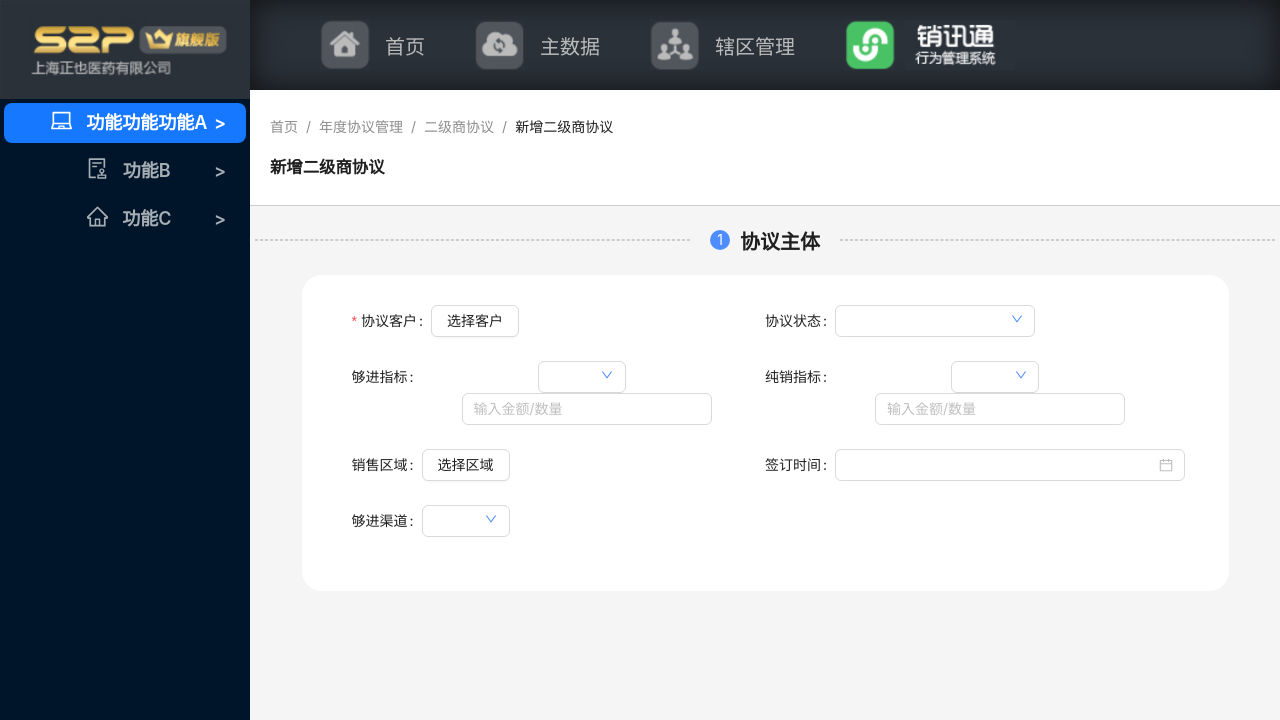
Repository: XiChips/questionB
Page: /
The author's editor kept a copy of each file at every save. The page is drawn from the files as they stood at one save, then again after a run of saves.
The browser window is 1280 px wide. The pictures show the whole page.
The project was rebuilt for these pictures with package versions that can differ from the ones it lists, and the page was loaded fresh each time. Also part of the build but not shown: vue.config.js.

Above is the page before, as saved 2024-02-28 13:25:45.

### src/main.js
import { createApp } from 'vue'
import App from './App.vue'
import router from './router'
import store from './store'
import { setupAntd } from './ant-design-vue/index'
import { message } from "ant-design-vue";
import './assets/css/index.css'
// import axios from "axios";
// moment.locale('zh-cn')
const app = createApp(App)
setupAntd(app)
// app.use(Button).use(Layout)
app.use(store).use(router).mount('#app')



// app.config.globalProperties.$axios = axios
app.config.globalProperties.$message = message

### src/router/index.js
import { createRouter, createWebHashHistory } from 'vue-router'

const routes = [
  {
    path: '/',
    name: 'home',
    component: () => import('../views/home.vue')
  },
  {
    path: '/about',
    name: 'about',

    component: () => import('../views/AboutView.vue')
  }
]

const router = createRouter({
  history: createWebHashHistory(),
  routes
})

export default router

### src/ant-design-vue/index.js
import { Button, Layout, Image, Form, Checkbox,Radio, Input, Popover, Menu, Drawer, Breadcrumb, Typography, message, Divider, Table, DatePicker, Popconfirm, Space, InputNumber, Select, PageHeader, Steps, Statistic, Transfer, Upload, Switch, Modal, Tabs } from 'ant-design-vue';

// import 'ant-design-vue/dist/antd.min.css'

const components = [
    Button,
    Layout,
    Form,
    Input,
    Menu,
    Breadcrumb,
    Table,
    Popconfirm,
    Select,
    PageHeader,
    Steps,
    Transfer,
    Upload,
    Switch,
    Modal,
    Tabs,
    Statistic,
    InputNumber,
    Space,
    DatePicker,
    Divider,
    Image,
    Typography,
    Drawer,
    Popover,
    Radio,
    Checkbox
]

export function setupAntd(app) {
    components.forEach(component => {
        app.use(component)
    })
    app.config.globalProperties.$message = message
}

### src/assets/css/index.css
body {
    margin: 0;
}

.logo img {
    width: 100%;
}

:where(.css-dev-only-do-not-override-1hsjdkk).ant-menu-dark {
    background-color: rgb(42, 49, 57);
}

.ant-menu .anticon {
    margin-right: 10px;
    font-size   : 18px;
}


.ant-upload-select-picture-card i {
    font-size: 32px;
    color    : #999;
}

.ant-upload-select-picture-card .ant-upload-text {
    margin-top: 8px;
    color     : #666;
}

.ant-upload-list-picture-card .ant-upload-list-item:hover .ant-upload-list-item-info:before {
    left: 0;
}

.ant-page-header {
    background: #fff;
}

.ant-page-header.has-breadcrumb {
    padding: 5px 24px;
}

.ant-menu {
    font-size  : 18px;
    font-weight: 600;
}

.ant-tabs-tab span {
    color      : #000;
    font-weight: bold;
    display    : inline-block;
}


.ant-upload-list-picture-card .ant-upload-list-item-info:before {
    left: 0
}

hr {
    width       : 90%;
    margin      : 0 auto;
    border-color: #99999910;
}

.title {
    background-color: rgb(42, 49, 57);
    display         : flex;
    height          : fit-content;
    padding         : 20px 70px;
    color           : rgb(187, 187, 187);
    box-shadow      : inset 0px 0 30px #111;
}

.title>div {
    margin-right: 50px;
    font-size   : 20px;
}

.title img {
    width         : 50px;
    height        : 50px;
    margin-right  : 15px;
    vertical-align: middle;
}

.title span {
    display         : inline-block;
    vertical-align  : middle;
    /* margin-bottom: 5px; */
}

:where(.css-dev-only-do-not-override-1hsjdkk).ant-menu-inline.ant-menu-root .ant-menu-item>.ant-menu-title-content,
:where(.css-dev-only-do-not-override-1hsjdkk).ant-menu-inline.ant-menu-root .ant-menu-submenu-title>.ant-menu-title-content {
    flex: none;
}

.ant-menu .anticon svg {
    width : 1.5em;
    height: 1.5em;
}

.title2 {
    display        : flex;
    justify-content: space-between;
    align-items    : center;
}

.title2>div {
    width: 300px;
}

.title2 hr {
    height: 1px;
    border: 1px dashed #ccc;
    margin: 0 5px;
}

.title2 span {
    display         : inline-block;
    width           : 20px;
    height          : 20px;
    line-height     : 20px;
    background-color: rgb(79, 140, 255);
    color           : #fff;
    border-radius   : 50%;
    margin-right    : 10px;
    vertical-align  : middle;
}


.title2 p {
    display       : inline-block;
    font-size     : 20px;
    vertical-align: middle;
    font-weight   : bold;
}

.area {
    background-color: #fff;
    border-radius   : 20px;
    width           : 90%;
    margin          : 0 auto;
    padding         : 30px 50px;
}

.line2 {
    display        : flex;
    justify-content: space-between;
}

.line2>div {
    width: 50%;
}

.area .ant-form-item-control-input {
    width: 25vw;
}

.ant-form-item-control-input-content {
    flex: none !important;
}

:where(.css-dev-only-do-not-override-1hsjdkk).ant-form-item .ant-form-item-label {
    /* position: relative; */
    overflow: visible;
}

:where(.css-dev-only-do-not-override-1hsjdkk).ant-form-item .ant-form-item-label>label.ant-form-item-required:not(.ant-form-item-required-mark-optional)::before {
    position: absolute;
    left    : -12px;
    top     : 7px
}

:where(.css-dev-only-do-not-override-1hsjdkk).ant-select .ant-select-arrow .anticon>svg{
    vertical-align: middle;
}

### src/views/home.vue
<template>
  <a-layout>
    <a-layout>
      <a-layout-sider width="250">
        <a-menu theme="dark" v-model:selectedKeys="selectedKeys" v-model:openKeys="openKeys" mode="inline" :style="{ height: '100%', borderRight: 0 }">
          <div class="logo">
            <img src="../assets/images/logo.png" alt="">
          </div>
          <!-- <hr /> -->

          <div v-for="(item, i) in links" style="display: flex;justify-content: space-between;">
            <a-menu-item v-if="item.children == undefined" :key="`item${i}_0`" @click="changeTab(item.name)">
              <LaptopOutlined v-if="item.name == '功能功能功能A'" />
              <AuditOutlined v-if="item.name == '功能B'" />
              <HomeOutlined v-if="item.name == '功能C'" />
              {{ item.name }}
              <span style="position: absolute;right: 20px;">{{ ">" }}</span>
            </a-menu-item>

          </div>
        </a-menu>
      </a-layout-sider>
      <a-layout style="padding: 0px 0px 24px" theme="dark">
        <a-layout-content :style="{ background: 'rgb(245,245,245)', padding: '0px', margin: 0, minHeight: '280px', }">

          <div class="title">
            <div><img src="../assets/images/icon1.png" alt=""><span>首页</span></div>
            <div><img src="../assets/images/icon2.png" alt=""><span>主数据</span></div>
            <div><img src="../assets/images/icon3.png" alt=""><span>辖区管理</span></div>
            <div><img src="../assets/images/icon4.png" alt=""><img src="../assets/images/text.png" style="width: auto;margin-left: -5px;" alt=""></div>
          </div>
          <div style="padding: 10px 20px;background-color: rgb(255,255,255);border-bottom: 1px solid #ccc;">
            <a-breadcrumb :style="{ margin: '36px 20px' }">
              <a-breadcrumb-item>首页</a-breadcrumb-item>
              <a-breadcrumb-item>年度协议管理</a-breadcrumb-item>
              <a-breadcrumb-item>二级商协议</a-breadcrumb-item>
              <a-breadcrumb-item>新增二级商协议</a-breadcrumb-item>
            </a-breadcrumb>
            <h3 style="text-align: left;">
              新增二级商协议
            </h3>
          </div>
          <div class="content">
            <div class="title2">
              <hr>
              <div>
                <span>1</span>
                <p>协议主体</p>
              </div>
              <hr>
            </div>
            <div class="area">
              <a-form :model="formState" autocomplete="off" @finish="onFinish" @finishFailed="onFinishFailed">
                <div class="line2">

                  <a-form-item label="协议客户" :rules="[{ required: true}]">
                    <a-button v-if="visible" @click="selectCustom">选择客户</a-button>
                    <a-select defaultOpen v-if="!visible" v-model:value="inputs.value1c" show-search placeholder="" style="width: 200px" :options="options" :filter-option="filterOption" @focus="handleFocus" @blur="handleBlur" @change="changeCustom"></a-select>
                    <span style="margin-left: 20px;">{{ inputs.value1 }}</span>
                  </a-form-item>
                  <a-form-item label="协议状态">
                    <a-select v-model:value="inputs.value2" placeholder="" style="width: 200px" :options="options2" :filter-option="filterOption" @focus="handleFocus" @blur="handleBlur" @change="handleChange">
                      <template #suffixIcon>
                        <down-outlined style="width: 15px;height: 15px;color: rgb(78,139,254);" />
                      </template>
                    </a-select>
                  </a-form-item>
                </div>
                <div class="line2">
                  <a-form-item label="够进指标">
                    <a-select v-model:value="inputs.value3" placeholder="" style="width: 88px" :options="options3" :filter-option="filterOption" @focus="handleFocus" @blur="handleBlur" @change="handleChange">
                      <template #suffixIcon>
                        <down-outlined style="width: 15px;height: 15px;color: rgb(78,139,254);" />
                      </template>
                    </a-select>
                    <a-input v-model:value="inputs.value3" placeholder="输入金额/数量" style="width: 250px;margin-left: 10px;"></a-input>
                  </a-form-item>
                  <a-form-item label="纯销指标">
                    <a-select v-model:value="inputs.value3" placeholder="" style="width: 88px" :options="options3" :filter-option="filterOption" @focus="handleFocus" @blur="handleBlur" @change="handleChange">
                      <template #suffixIcon>
                        <down-outlined style="width: 15px;height: 15px;color: rgb(78,139,254);" />
                      </template>
                    </a-select>
                    <a-input v-model:value="inputs.value3" placeholder="输入金额/数量" style="width: 250px;margin-left: 10px;"></a-input>
                  </a-form-item>
                </div>
                <div class="line2">
                  <a-form-item label="销售区域">
                    <a-button v-if="visible2" @click="selectArea">选择区域</a-button>
                    <a-select v-if="!visible2" v-model:value="inputs.value7c" placeholder="" style="width: 88px" :options="options4" :filter-option="filterOption" @focus="handleFocus" @blur="handleBlur" @change="changeArea">
                      <template #suffixIcon>
                        <down-outlined style="width: 15px;height: 15px;color: rgb(78,139,254);" />
                      </template>
                    </a-select>
                    <a-button type="primary" v-if="inputs.value7.length" v-for="(item,id) in inputs.value7" style="margin-left: 10px;"><span @click="deleteItem(id)">{{ item }}
                        <close-outlined /></span></a-button>
                  </a-form-item>
                  <a-form-item label="签订时间">
                    <a-date-picker placeholder="" show-time v-model:value="value1" style="width:350px" />
                  </a-form-item>
                </div>
              </a-form>
              <div class="line2">
                <a-form-item label="够进渠道">
                  <a-select v-model:value="inputs.value3" placeholder="" style="width: 88px" :options="options5" :filter-option="filterOption" @focus="handleFocus" @blur="handleBlur" @change="handleChange">
                    <template #suffixIcon>
                      <down-outlined style="width: 15px;height: 15px;color: rgb(78,139,254);" />
                    </template>
                  </a-select>
                </a-form-item>
              </div>

              <!-- <a-table :dataSource="data" :columns="columns" /> -->

            </div>
          </div>
          <!-- <router-view v-else></router-view> -->
        </a-layout-content>
      </a-layout>

    </a-layout>
  </a-layout>
</template>
<script>
import {
  UserOutlined,
  LaptopOutlined,
  NotificationOutlined,
  HomeOutlined,
  TeamOutlined,
  DesktopOutlined,
  BarChartOutlined,
  ContactsOutlined,
  AuditOutlined,
  ScheduleOutlined,
  ToolOutlined,
  FundProjectionScreenOutlined,
  UserSwitchOutlined,
  TransactionOutlined,
  DownOutlined,
  CloseOutlined
} from "@ant-design/icons-vue";
import { defineComponent, ref } from "vue";

export default defineComponent({
  components: {
    UserOutlined,
    LaptopOutlined,
    NotificationOutlined,
    HomeOutlined,
    TeamOutlined,
    DesktopOutlined,
    BarChartOutlined,
    ContactsOutlined,
    AuditOutlined,
    ScheduleOutlined,
    ToolOutlined,
    FundProjectionScreenOutlined,
    UserSwitchOutlined,
    TransactionOutlined,
    DownOutlined,
    CloseOutlined
  },
  name: "home",
  data() {
    return {
      activeKey: 0,
      formState: {
        username: "",
        password: "",
      },
      inputs: {
        value1: "",
        value1c: "",
        value2: "",
        value3: "",
        value4: "",
        value7c: "",
        value7: [],
      },
      visible: true,
      visible2: true,
      links: [
        {
          name: "功能功能功能A",
        },
        {
          name: "功能B",
        },
        {
          name: "功能C",
        },
      ],
      options: [{ value: "上海正也医药有限公司", id: "上海正也医药有限公司" }],
      options2: [{ value: "正常", id: "正常" }, { value: "异常", id: "异常" }],
      options3: [{ value: "金额", id: "金额" }, { value: "金额", id: "金额" }],
      options4: [{ value: "全国", id: "全国" }, { value: "上海", id: "上海" }],
      options5: [{ value: "指定渠道", id: "指定渠道" }],
      pages: [{ name: "首页", link: "/" }],
      data: {
        col1: "",
        col2: "",
        col3: "",
      },
      columns: {
        title: '指定渠道编码',
        dataIndex: 'col1',
        key: 'col1',
      },
      routes: [],
    };
  },
  setup() {
    return {
      selectedKeys: ref(["item0_0"]),
      collapsed: ref(false),
      openKeys: ref(["title1"]),
      basePath: "/index",
    };
  },
  methods: {
    changeTab() {

    },
    selectCustom() {
      this.visible = false
      this.inputs.value1c = ""
    },
    changeCustom() {
      this.visible = true
      this.inputs.value1 = this.inputs.value1c
    },
    selectArea() {
      this.visible2 = false
      this.inputs.value7c = ""
    },
    changeArea() {
      this.inputs.value7.push(this.inputs.value7c)
      this.inputs.value7 = Array.from(new Set(this.inputs.value7))
      this.inputs.value7c = ""
    },
    deleteItem(id) {
      this.inputs.value7.splice(id, 1)
    }
  },
  created() { },
  beforeMounte() { },
  mounted() {

  },
  watch: {
    $route(to, from) {
      // console.log(from.path);//从哪来
      // console.log(to.path);//到哪去
    },
  },
});
</script>
<style>
.ant-layout {
  height: 100vh;
}
.ant-breadcrumb {
  margin: 16px 0 !important;
}
</style>

Loaded but not shown: public/index.html (common file); src/App.vue (common file); src/store/index.js (common file)

After the next 3 saves:
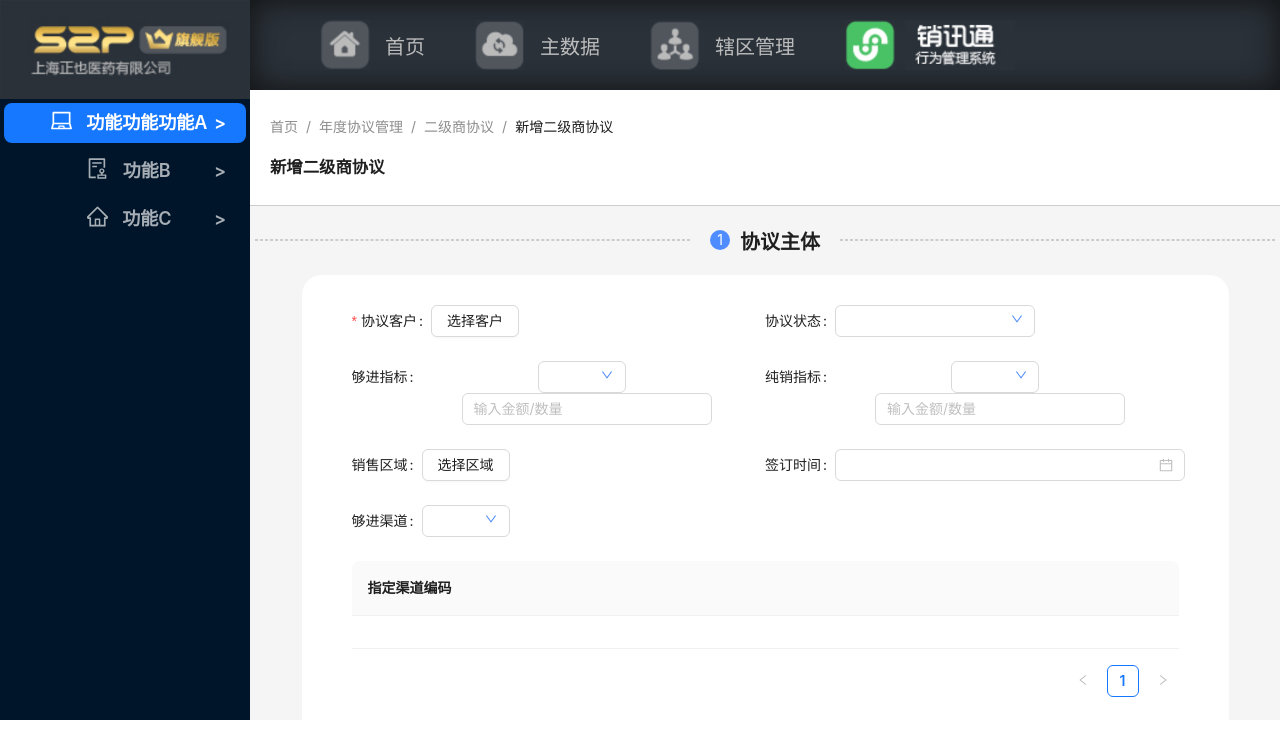
The 3 saves are shown as one change because 1 did not build or start and some came seconds apart.
The last was saved 61 s later.
--- a/src/views/home.vue
+++ b/src/views/home.vue
@@ -110,7 +110,7 @@
                 </a-form-item>
               </div>
 
-              <!-- <a-table :dataSource="data" :columns="columns" /> -->
+              <a-table :dataSource="data" :columns="columns" />
 
             </div>
           </div>
@@ -197,16 +197,18 @@
       options4: [{ value: "全国", id: "全国" }, { value: "上海", id: "上海" }],
       options5: [{ value: "指定渠道", id: "指定渠道" }],
       pages: [{ name: "首页", link: "/" }],
-      data: {
+      data: [{
         col1: "",
         col2: "",
         col3: "",
-      },
-      columns: {
-        title: '指定渠道编码',
-        dataIndex: 'col1',
-        key: 'col1',
-      },
+      }],
+      columns: [
+        {
+          title: '指定渠道编码',
+          dataIndex: 'col1',
+          key: 'col1',
+        }
+      ],
       routes: [],
     };
   },
